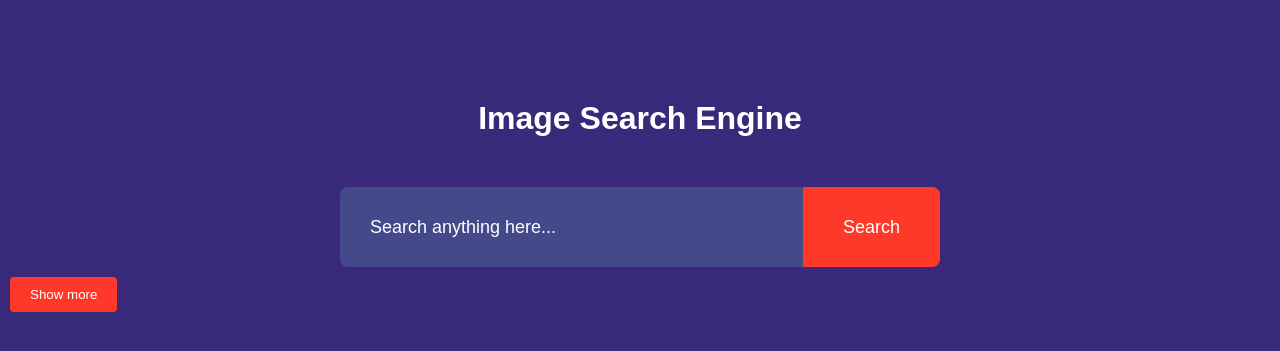
Repository: AbdullahOwais-Dev/Image-Search-App
Page: index.html
An editor plug-in stored every save of this project. The page is shown before and after the next save, followed by the edit.
The browser window is 1280 px wide. The pictures show the whole page.

Above is the page before, as saved 2025-02-09 00:20:22.

### index.html
<!DOCTYPE html>
<html lang="en">
<head>
    <meta charset="UTF-8">
    <meta name="viewport" content="width=device-width, initial-scale=1.0">
    <link rel="stylesheet" href="style.css">
    <link rel="shortcut icon" href="icon.png" type="image/x-icon">
    <title>Image Search</title>
</head>
<body>

    <h1>Image Search Engine</h1>
    <form id="search-form">
        <input type="text" id="search-box" placeholder="Search anything here...">
        <button>Search</button>
    </form>

    <div id="search-result"></div>
    <button id="show-more-btn">Show more</button>

</body>
</html>

### style.css
*{
    margin: 0;
    padding: 0;
    box-sizing: border-box;
    font-family: 'poppins', sans-serif;
}
body{
    background: #39297b;
    color: #fff;
}
h1{
    text-align: center;
    margin: 100px auto 50px;
    font-weight: 600;
}
form{
    width: 90%;
    max-width: 600px;
    margin: auto;
    height: 80px;
    background: #434989;
    display: flex;
    align-items: center;
    border-radius: 8px;
}
form input{
    flex: 1;
    height: 100%;
    border: 0;
    outline: 0;
    background: transparent;
    color: #fff;
    font-size: 18px;
    padding: 0 30px;
}
form button{
    padding: 0 40px;
    height: 100%;
    background: #ff3929;
    color: #fff;
    font-size: 18px;
    border: 0;
    outline: 0;
    border-top-right-radius: 8px;
    border-bottom-right-radius: 8px;
    cursor: pointer;
}
::placeholder{
    color: #fff;
    font-size: 18px;
}
#show-more-btn{
    background: #ff3929;
    color: #fff;
    border: 0;
    outline: 0;
    padding: 10px 20px;
    border-radius: 4px;
    margin: 10px;
}

After the next save:
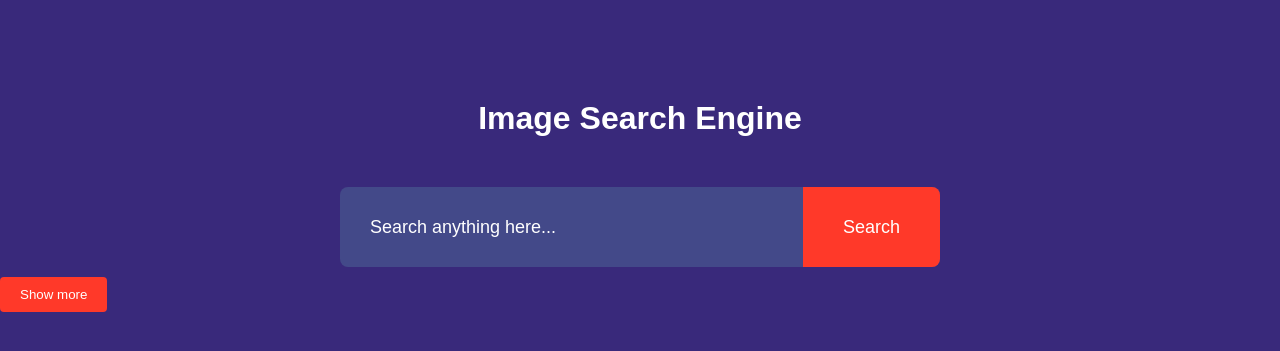
Saved 5 s later.
--- a/style.css
+++ b/style.css
@@ -56,5 +56,5 @@ form button{
     outline: 0;
     padding: 10px 20px;
     border-radius: 4px;
-    margin: 10px;
+    margin: 10px auto 100px;
 }
